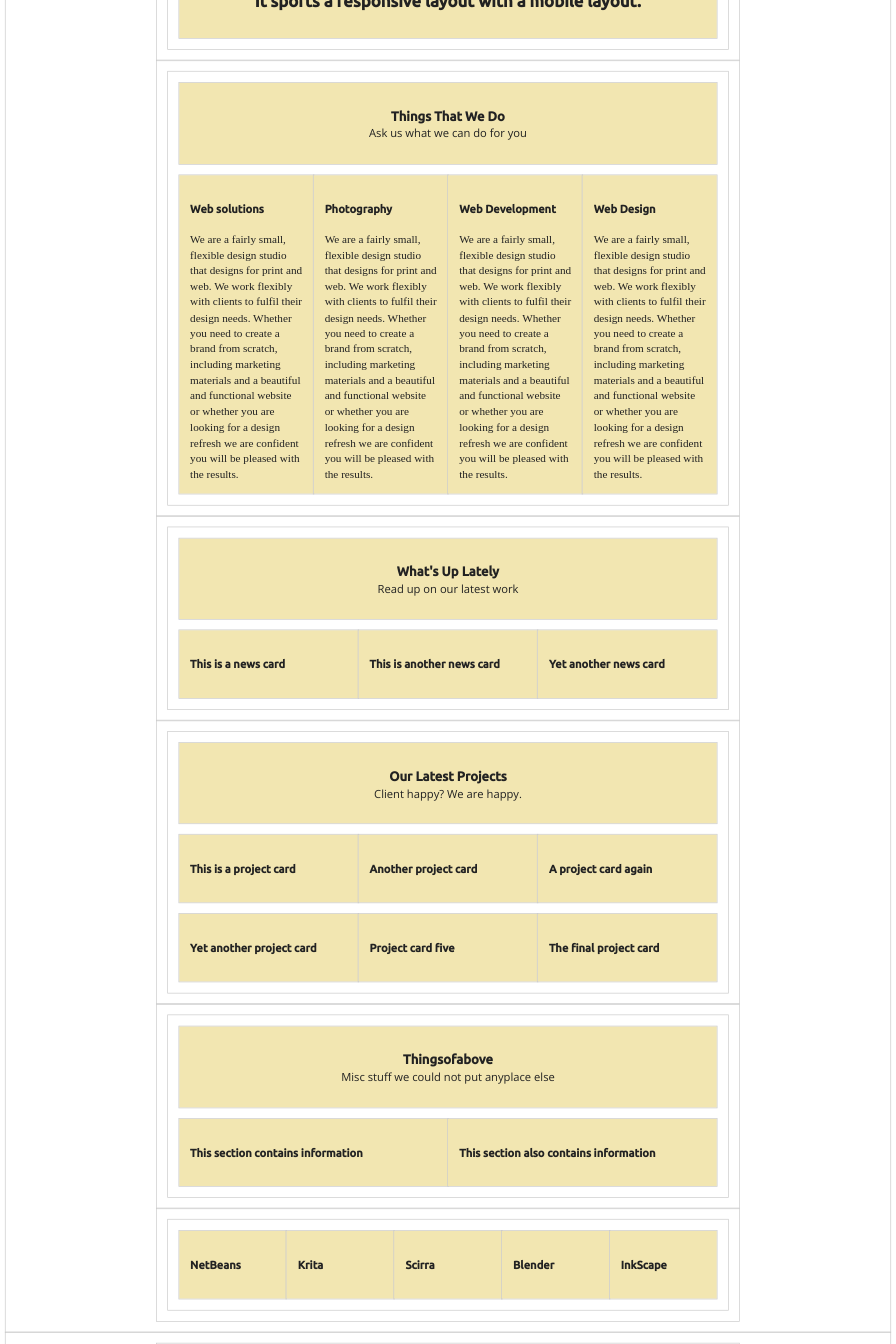
Repository: kennyharman/Marlowe_Kenny_Lab_02B
Page: index.html
These files come from the project's save history. The page is drawn as it stood at one moment and after the next save; the edit follows.
The browser window is 1280 px wide. The pictures show the part of the page from y = 476 to 2396 px (the page is 2685 px tall before and 3292 px after), at 70% of full size.

Above is the page before, as saved 2024-02-05 14:24:09.

After the next save:
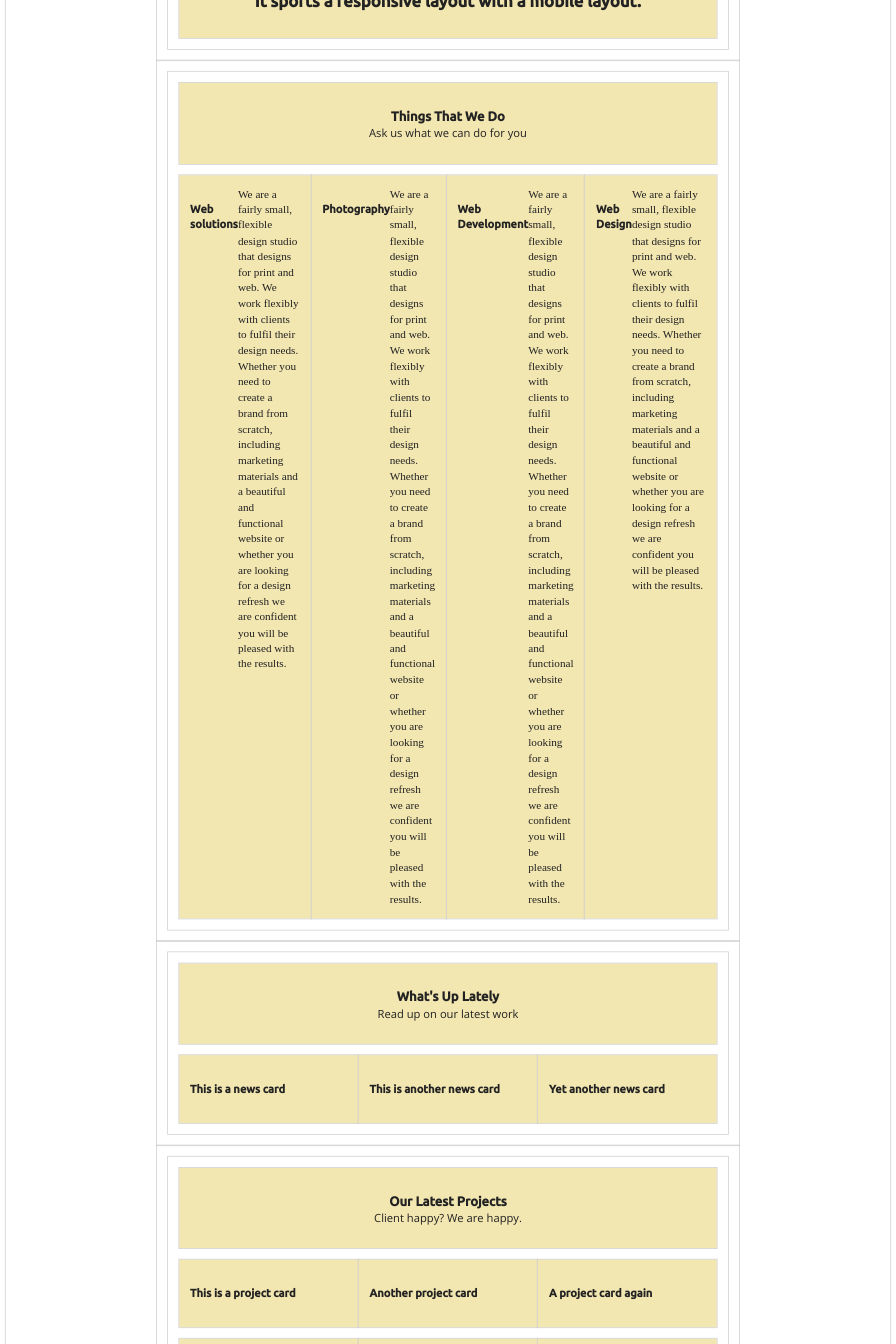
Saved 67 s later.
--- a/css/style.css
+++ b/css/style.css
@@ -315,6 +315,11 @@
   color: lightskyblue;
 }
 
+.services-card {
+  display: flex;
+  justify-content: center;
+}
+
 /* Small only */
 @media screen and (max-width: 39.9375em) {
   .header__menu-nav {

After the save that followed:
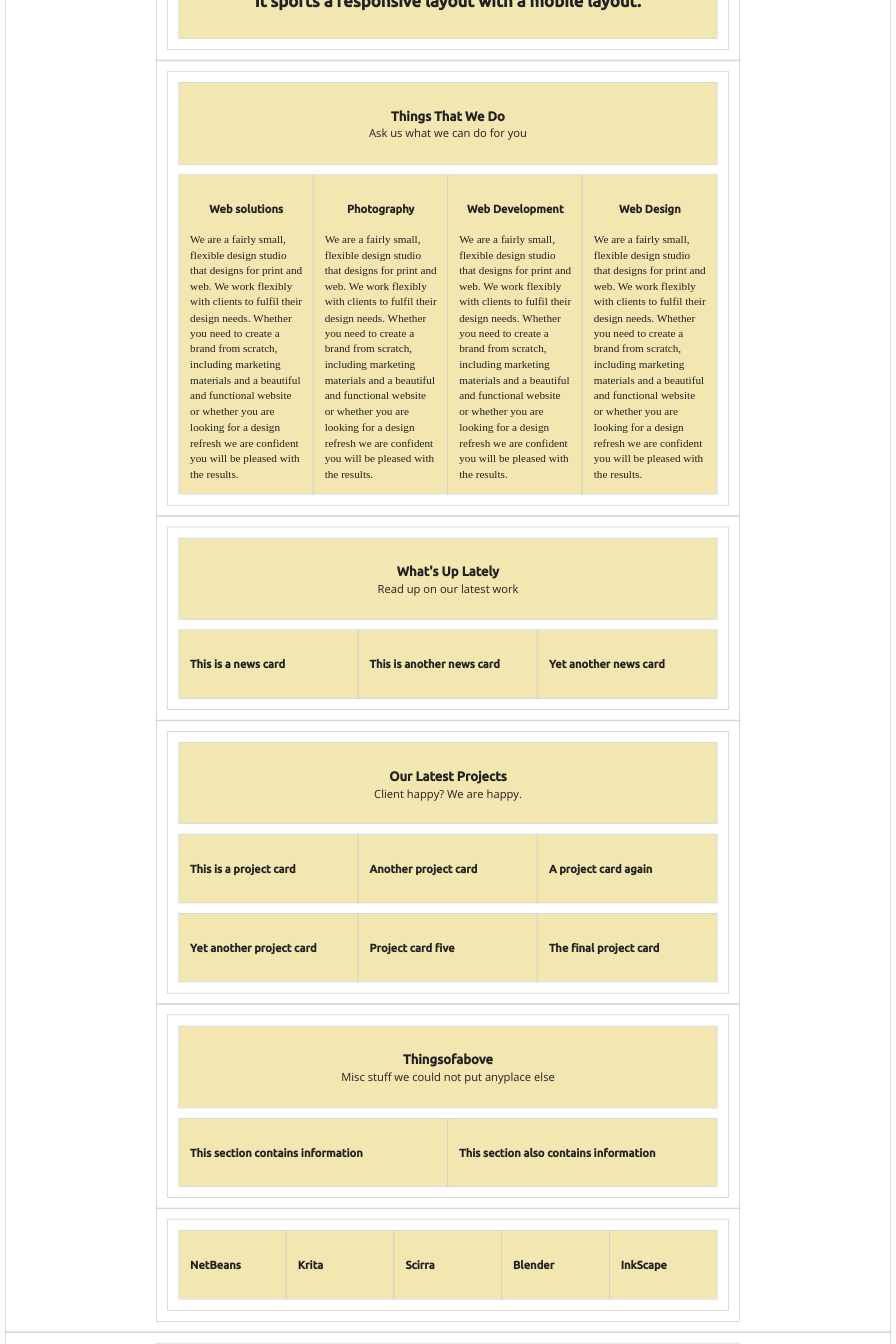
Saved 15 s later.
--- a/css/style.css
+++ b/css/style.css
@@ -317,7 +317,8 @@
 
 .services-card {
   display: flex;
-  justify-content: center;
+  flex-direction: column;
+  align-items: center;
 }
 
 /* Small only */
